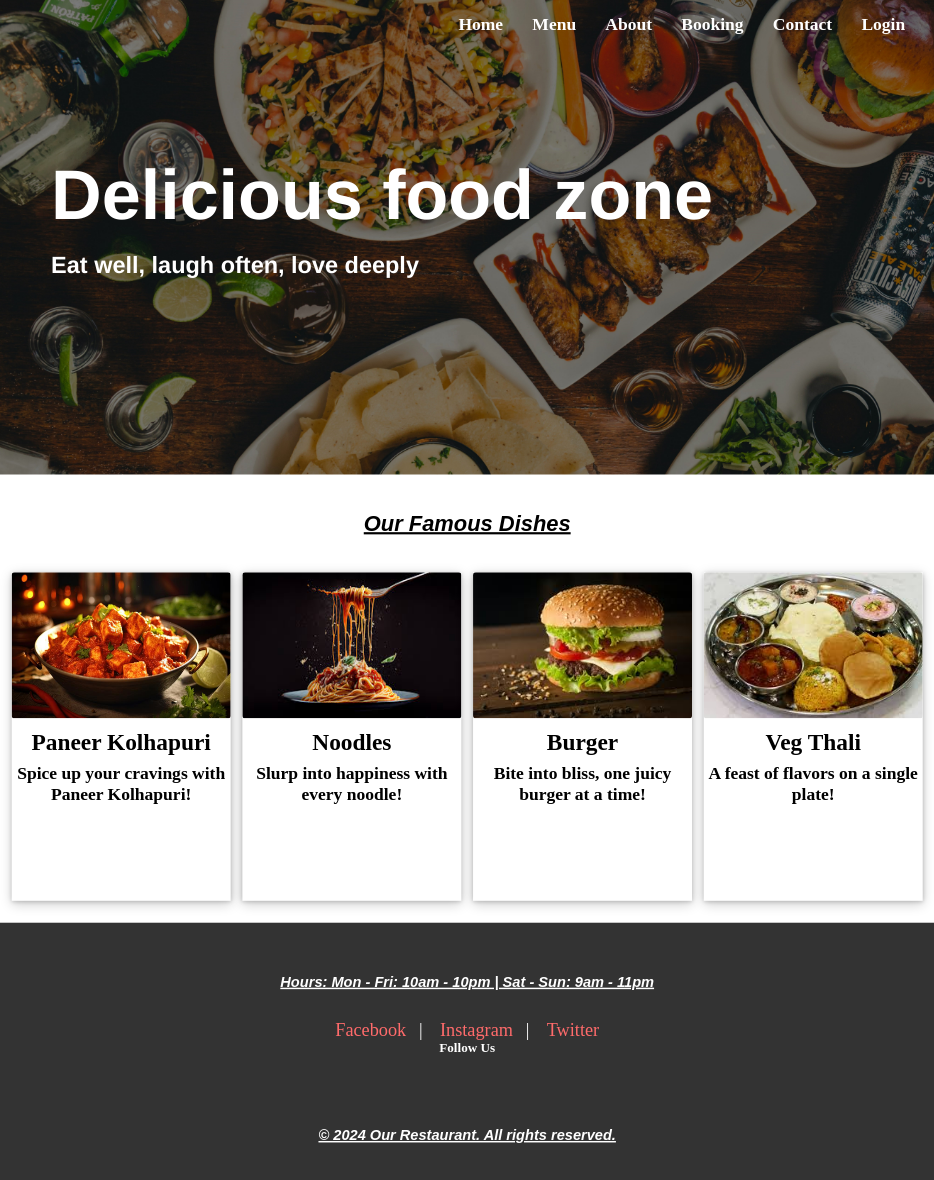
Repository: Shreya-Bonde/Restaurant-management-system
Page: index.html
An editor plug-in stored every save of this project. The page is shown before and after a run of saves, followed by the edit.
The browser window is 1280 px wide. The pictures show the whole page, at 73% of full size.

Above is the page before, as saved 2024-10-10 14:48:40.

After the next 2 saves:
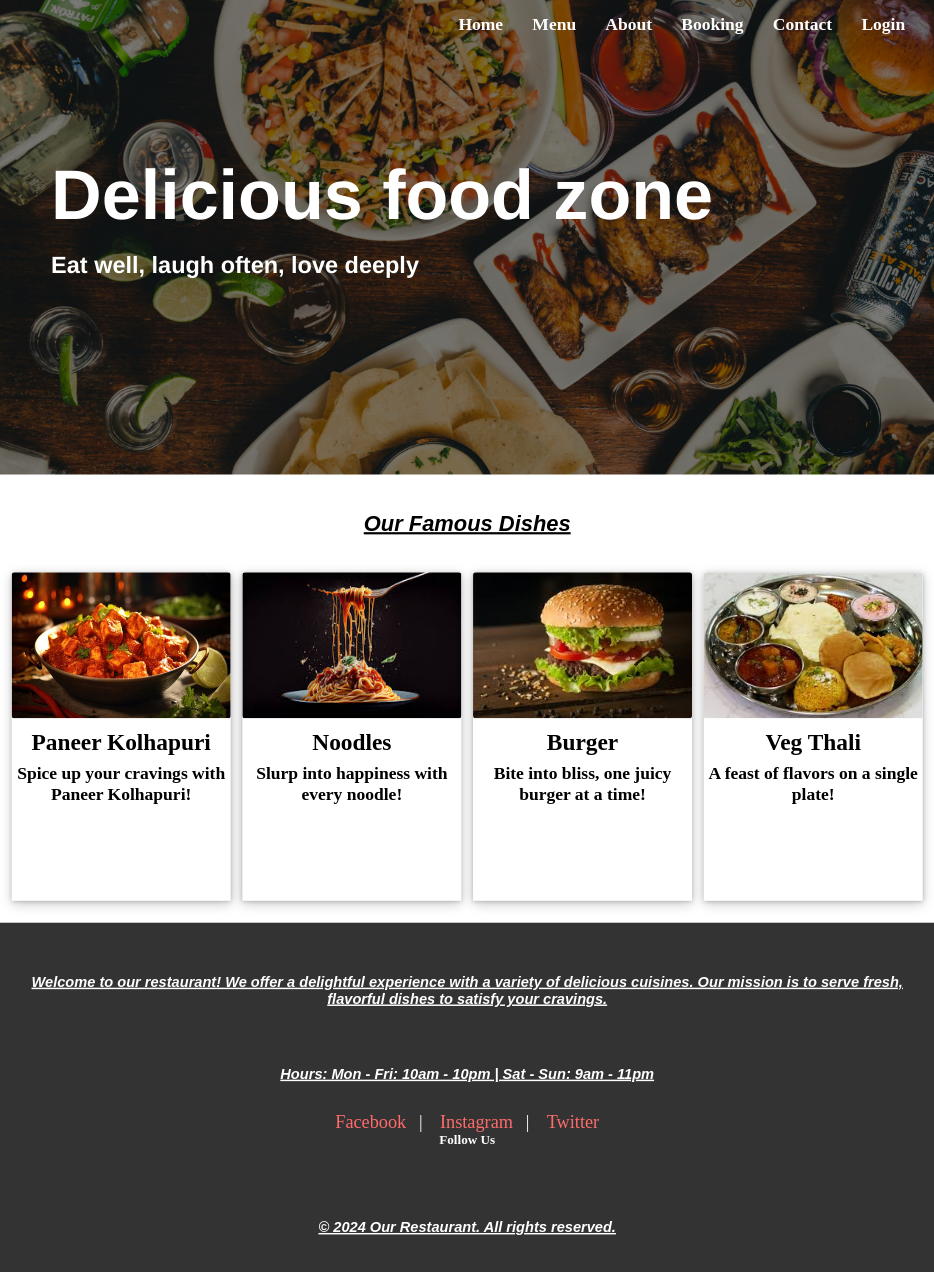
The 2 saves are shown as one change because they came seconds apart.
The last was saved 53 s later.
--- a/index.html
+++ b/index.html
@@ -51,6 +51,12 @@
 
     <footer>
         <div>
+            <div>
+                <p>
+                    Welcome to our restaurant! We offer a delightful experience with a variety of delicious cuisines.
+                    Our mission is to serve fresh, flavorful dishes to satisfy your cravings.
+                  </p>
+            </div>
             <p>Hours: Mon - Fri: 10am - 10pm | Sat - Sun: 9am - 11pm</p>
 
             <div class="social-media">
